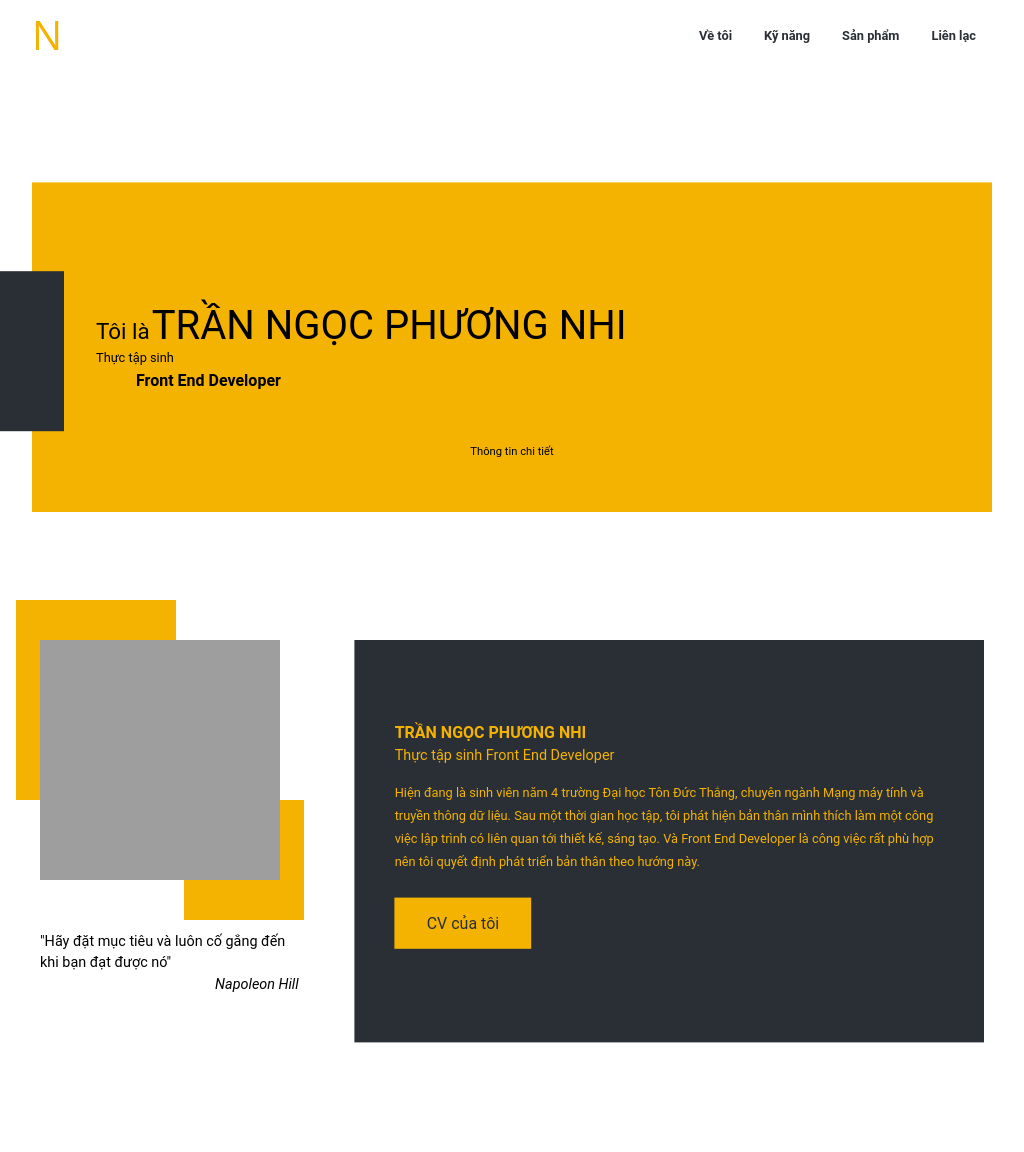
Repository: TranNgocPhuongNhi/my-portfolio
Page: index.html
These files come from the project's save history. The page is drawn as it stood at one moment and after a run of saves; the edit follows.
The browser window is 1280 px wide. The pictures show the whole page, at 80% of full size.
Pictures or frames that could not be fetched are drawn as grey boxes. Some icons come from a web library that is not loaded, so they are not drawn. Some web libraries are served in a nearby version.

Above is the page before, as saved 2021-07-04 16:30:48.

After the next 3 saves:
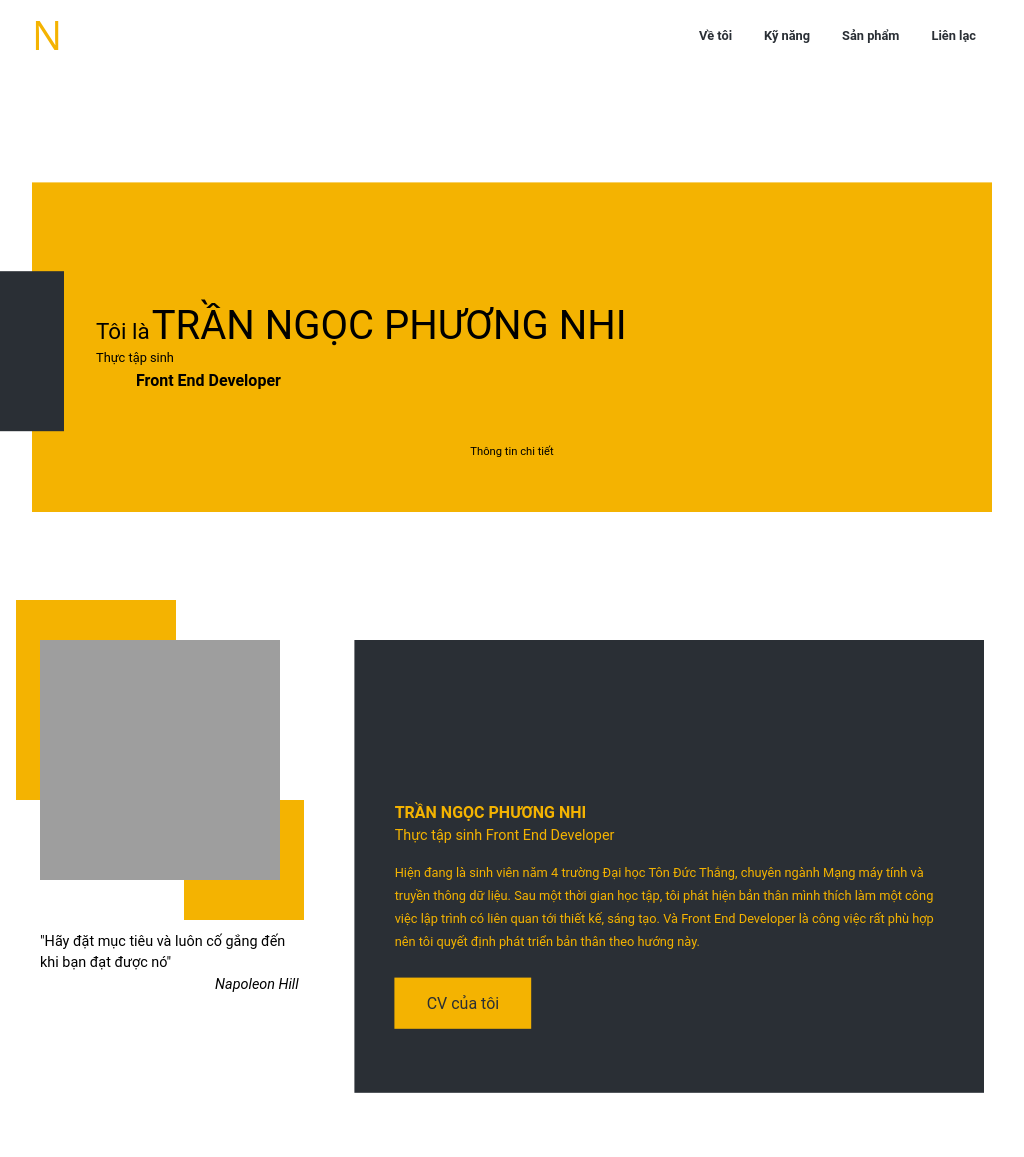
The 3 saves are shown as one change because they came seconds apart.
The last was saved 23 min 15 s later.
--- a/resources/css/main.css
+++ b/resources/css/main.css
@@ -211,6 +211,14 @@ a {
 .about__content {
     background-color: var(--primary2);
     padding: 10rem 5rem;
+}
+
+.about__content::before {
+    content: '';
+    display: block;
+    width: 10rem;
+    height: 10rem;
+
 }
 
 .about__info {
